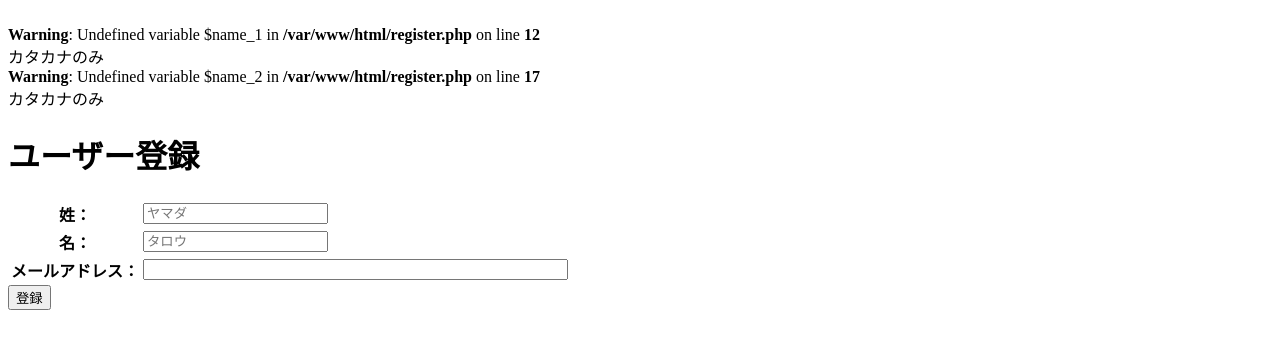
Repository: yoshiryoryo/phpform
Page: http://localhost/register.php
An editor plug-in stored every save of this project. The page is shown before and after the next save, followed by the edit.
The browser window is 1280 px wide. The pictures show the whole page.
The page is run by PHP 8.4 with error messages shown; the project is at /var/www/html/.

Above is the page before, as saved 2021-02-24 10:31:50.

### register.php
<?php
// CSRF対策の固定トークンを生成
if ( !isset( $_SESSION[ 'ticket' ] ) ) {
    // セッション変数にトークンを代入
    $_SESSION[ 'ticket' ] = sha1( uniqid( mt_rand(), TRUE ) );
  }

//トークンを変数に代入
  $ticket = $_SESSION[ 'ticket' ];

//姓の正規表現
if (!mb_ereg("^[ァ-ヶー]+$", $name_1)) {
    echo "カタカナのみ";
};

//名の正規表現
if (!mb_ereg("^[ァ-ヶー]+$", $name_2)) {
    echo "カタカナのみ";
}
?>

<!DOCTYPE html>
<html lang="en">

<head>
    <meta charset="UTF-8">
    <meta http-equiv="X-UA-Compatible" content="IE=edge">
    <meta name="viewport" content="width=device-width, initial-scale=1.0">
    <title>フォーム</title>
</head>

<body>
    <h1>ユーザー登録</h1>
    <form name="form1" method="post" action="confirm.php">
        <table>
            <tr>
                <th>姓：</th>
                <td><input type="text" name="name_1" size="20" maxlength="10" placeholder="ヤマダ" required></td>
            </tr>
            <tr>
                <th>名：</th>
                <td><input type="text" name="name_2" size="20" maxlength="10" placeholder="タロウ" required></td>
            </tr>
            <tr>
                <th>メールアドレス：</th>
                <td><input type="email" name="email" size="50" maxlength="254" required></td></tr>
            </tr>
        </table>
        <input id="send" type="submit" value="登録">
    </form>
</body>

<script src="https://ajax.googleapis.com/ajax/libs/jquery/3.4.1/jquery.min.js"></script>
<script>
jQuery(function($){

  //エラーを表示する関数（error クラスの p 要素を追加して表示）
  function show_error(message, this$) {
    text = this$.parent().find('label').text() + message;
    this$.parent().append("<p class='error'>" + text + "</p>");
  }

  //フォームが送信される際のイベントハンドラの設定
  $("#main_contact").submit(function(){
    //エラー表示の初期化
    $("p.error").remove();
    $("div").removeClass("error");
    var text = "";
    $("#errorDispaly").remove();

    //メールアドレスの検証
    var email =  $.trim($("#email").val());
    if(email && !(/^([a-z0-9\+_\-]+)(\.[a-z0-9\+_\-]+)*@([a-z0-9\-]+\.)+[a-z]{2,6}$/gi).test(email)){
      $("#email").after("<p class='error'>メールアドレスの形式が異なります</p>");
    }
    //確認用メールアドレスの検証
    var email_check =  $.trim($("#email_check").val());
    if(email_check && email_check != $.trim($("input[name="+$("#email_check").attr("name").replace(/^(.+)_check$/, "$1")+"]").val())){
      show_error("が異なります", $("#email_check"));
    }


    //error クラスの追加の処理
    if($("p.error").length > 0){
      $("p.error").parent().addClass("error");
      $('html,body').animate({ scrollTop: $("p.error:first").offset().top-180 }, 'slow');
      return false;
    }
  });
})
</script>

</html>

After the next save:
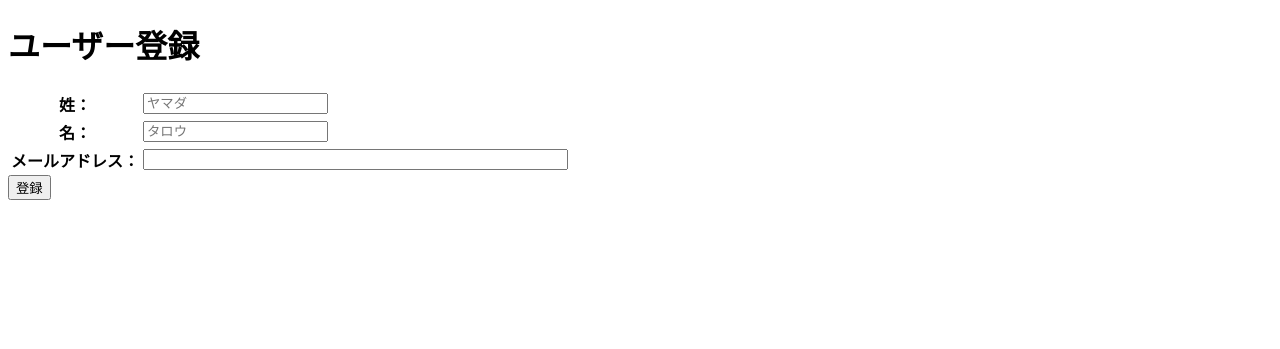
Saved 75 s later.
--- a/register.php
+++ b/register.php
@@ -8,15 +8,6 @@ if ( !isset( $_SESSION[ 'ticket' ] ) ) {
 //トークンを変数に代入
   $ticket = $_SESSION[ 'ticket' ];
 
-//姓の正規表現
-if (!mb_ereg("^[ァ-ヶー]+$", $name_1)) {
-    echo "カタカナのみ";
-};
-
-//名の正規表現
-if (!mb_ereg("^[ァ-ヶー]+$", $name_2)) {
-    echo "カタカナのみ";
-}
 ?>
 
 <!DOCTYPE html>
